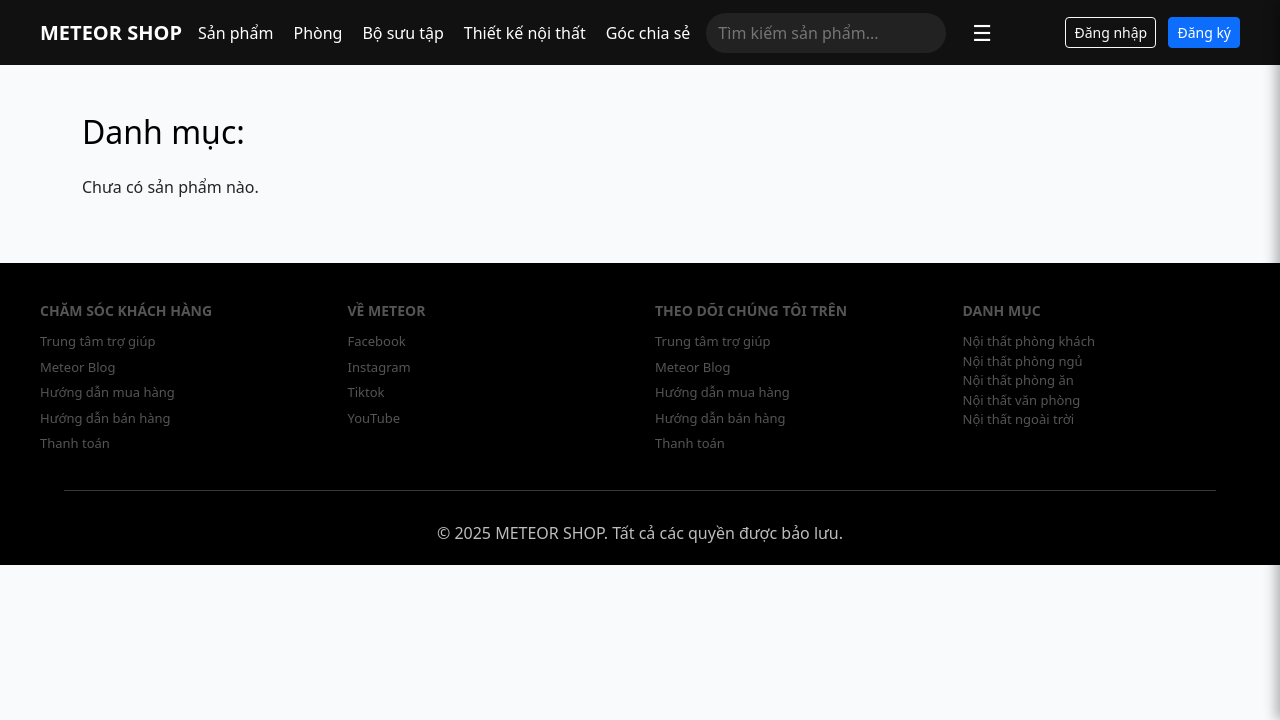
Repository: viethoa0411/Meteor-Shop
Page: resources/views/client/products/category.blade.php
An editor plug-in stored every save of this project. The page is shown before and after the next save, followed by the edit.
The browser window is 1280 px wide. The pictures show the whole page.
The page is served by the project's Laravel application, run on PHP 8.4 with Laravel 12. Other server files are loaded and not shown. The template is opened directly, without the code that normally fills it, so the values that code supplies are empty.

Above is the page before, as saved 2025-11-09 19:29:28.

### routes/web.php
<?php

use Illuminate\Support\Facades\Route;
use App\Http\Controllers\Auth\AuthController;
use App\Http\Controllers\Auth\RegisterController;
use App\Http\Controllers\Auth\ForgotPasswordController;
use App\Http\Controllers\Admin\CategoryController;
use App\Http\Controllers\Admin\ProductController;
use App\Http\Controllers\Admin\OrderController;
use App\Http\Controllers\Client\HomeController;
use App\Http\Controllers\Client\ProductPublicController;
// --- ĐÃ SỬA: Đổi thành ProductController mới ---
use App\Http\Controllers\Client\ProductController as ClientProductController;
use App\Http\Controllers\Admin\Account\AdminController;
use App\Http\Controllers\Admin\Account\UserController as AccountUserController;

// ============ AUTHENTICATION ROUTES ============
Route::get('/login', [AuthController::class, 'showLoginForm'])->name('login');
Route::post('/login', [AuthController::class, 'login']);
Route::post('/logout', [AuthController::class, 'logout'])->name('logout');

// Đăng ký tài khoản
Route::get('/register', [RegisterController::class, 'showRegistrationForm'])->name('register');
Route::post('/register', [RegisterController::class, 'register']);

// Quên mật khẩu (OTP Email)
Route::get('/forgot-password', [ForgotPasswordController::class, 'showForgotForm'])->name('password.request');
Route::post('/forgot-password', [ForgotPasswordController::class, 'sendOtp'])->name('password.email');
Route::get('/verify-otp', [ForgotPasswordController::class, 'showVerifyOtpForm'])->name('password.verify-otp');
Route::post('/verify-otp', [ForgotPasswordController::class, 'verifyOtp'])->name('password.verify-otp.post');
Route::get('/reset-password', [ForgotPasswordController::class, 'showResetForm'])->name('password.reset');
Route::post('/reset-password', [ForgotPasswordController::class, 'resetPassword'])->name('password.update');

// ============ CLIENT ROUTES ============
Route::get('/', [HomeController::class, 'index'])->name('client.home');
Route::get('/home', [HomeController::class, 'index']);
Route::get('/search', [ProductPublicController::class, 'search'])->name('client.product.search');
Route::get('/category/{slug}', [ClientProductController::class, 'productsByCategory'])->name('client.product.category');
Route::get('/products/{slug}', [ClientProductController::class, 'showDetail'])->name('client.product.detail');


// ============ ADMIN ROUTES ============
Route::middleware(['admin'])->prefix('/admin')->name('admin.')->group(function () {

    // ===== DASHBOARD =====
    Route::get('/', function () {
        return view('admin.dashboard');
    })->name('dashboard');

    // ====== CATEGORIES ======
    Route::prefix('categories')->name('categories.')->group(function () {
        Route::get('/', [CategoryController::class, 'list'])->name('list');
        Route::get('/create', [CategoryController::class, 'create'])->name('create');
        Route::post('/store', [CategoryController::class, 'store'])->name('store');
        Route::get('/edit/{id}', [CategoryController::class, 'edit'])->name('edit');
        Route::put('/update/{id}', [CategoryController::class, 'update'])->name('update');
        Route::delete('/delete/{id}', [CategoryController::class, 'destroy'])->name('destroy');
    });

    // ====== PRODUCTS ======
    Route::prefix('products')->name('products.')->group(function () {
        Route::get('/', [ProductController::class, 'list'])->name('list');
        Route::get('/create', [ProductController::class, 'create'])->name('create');
        Route::post('/store', [ProductController::class, 'store'])->name('store');
        Route::get('/edit/{id}', [ProductController::class, 'edit'])->name('edit');
        Route::put('/update/{id}', [ProductController::class, 'update'])->name('update');
        Route::get('/show/{id}', [ProductController::class, 'show'])->name('show');
        Route::delete('/delete/{id}', [ProductController::class, 'destroy'])->name('destroy');
    });
    // ====== ORDERS ======
    Route::prefix('orders')->name('orders.')->group(function () {
        Route::get('/', [OrderController::class, 'index'])->name('index');
        Route::get('/{id}', [OrderController::class, 'show'])->name('show');
        Route::put('/{id}/update-status', [OrderController::class, 'updateStatus'])->name('updateStatus');
    });

    // ====== ACCOUNT MANAGEMENT ======
    Route::prefix('account')->name('account.')->group(function () {

        // ----- ADMIN -----
        Route::prefix('admins')->name('admin.')->group(function () {
            Route::get('/', [AdminController::class, 'index'])->name('list');
            Route::get('/create', [AdminController::class, 'create'])->name('create');
            Route::post('/', [AdminController::class, 'store'])->name('store');
            Route::get('/trash', [AdminController::class, 'trash'])->name('trash');
            Route::get('/{id}/edit', [AdminController::class, 'edit'])->name('edit');
            Route::get('/{id}', [AdminController::class, 'show'])->name('show');
            Route::put('/{id}', [AdminController::class, 'update'])->name('update');
            Route::delete('/{id}', [AdminController::class, 'destroy'])->name('destroy');
            Route::post('/{id}/restore', [AdminController::class, 'restore'])->name('restore');
        });

        // ----- USER -----
        Route::prefix('users')->name('users.')->group(function () {
            Route::get('/', [AccountUserController::class, 'index'])->name('list');
            Route::get('/create', [AccountUserController::class, 'create'])->name('create');
            Route::post('/', [AccountUserController::class, 'store'])->name('store');
            Route::delete('/{id}', [AccountUserController::class, 'destroy'])->name('destroy');
            Route::get('/trash', [AccountUserController::class, 'trash'])->name('trash');
            Route::post('/{id}/restore', [AccountUserController::class, 'restore'])->name('restore');
            Route::get('/{id}/edit', [AccountUserController::class, 'edit'])->name('edit');
            Route::put('/{id}', [AccountUserController::class, 'update'])->name('update');
            Route::get('/{id}', [AccountUserController::class, 'show'])->name('show');
        });


    });
});

### resources/views/client/products/category.blade.php
@extends('client.layouts.app')
@section('content')


<div class="container py-5">
    <h2>Danh mục: {{ $category->name }}</h2>
    <div class="row mt-4">
        @forelse($products as $product)
{{-- <div class="product" style="padding-bottom: 50px; padding-left:20px; padding-right:20px"> --}}

            <div class="col-6 col-md-3 mb-4">
                <div class="product-card h-100">
                {{-- <div class="grid-products"> --}}

                     {{-- Giả sử đường dẫn ảnh lưu trong DB là 'uploads/sp1.jpg' --}}
                    {{-- <img src="{{ asset($product->image) }}" class="card-img-top" alt="{{ $product->name }}"
                         style="height: 200px; object-fit: cover;"> --}}
                       <img src="{{ $product->image ? asset('storage/'.$product->image) : 'https://via.placeholder.com/400x400?text=No+Image' }}"
                             alt="{{ $product->name }}">
                    <div class="card-body d-flex flex-column ">
                        <h5 class="card-title">{{ $product->name }}</h5>
                        <p class="text-danger fw-bold">{{ number_format($product->price, 0, ',', '.') }} đ</p>
                        <a href="{{ route('client.product.detail', ['slug' => $product->slug]) }}" class="btn btn-primary mt-auto">Xem chi tiết</a>
                    </div>
                </div>
            </div>
        @empty
            <p>Chưa có sản phẩm nào.</p>
        @endforelse
    </div>
    <div class="d-flex justify-content-center">
        {{ $products->links() }}
    </div>
</div>
@endsection

### resources/views/client/layouts/app.blade.php
<!DOCTYPE html>
<html lang="vi">
<head>
    <meta charset="UTF-8">
    <title>@yield('title', 'Meteor Shop')</title>
    <link href="https://cdn.jsdelivr.net/npm/bootstrap@5.3.2/dist/css/bootstrap.min.css" rel="stylesheet">
    <link href="https://cdn.jsdelivr.net/npm/bootstrap-icons@1.10.5/font/bootstrap-icons.css" rel="stylesheet">
    <link rel="stylesheet" href="https://cdnjs.cloudflare.com/ajax/libs/font-awesome/6.4.0/css/all.min.css">
    <meta name="viewport" content="width=device-width, initial-scale=1">
    {{-- <link rel="stylesheet" href="{{ asset('css/app.css') }}"> --}}
    <style>
        body {
            font-family: system-ui, -apple-system, BlinkMacSystemFont, 'Segoe UI', Roboto, Oxygen, Ubuntu, Cantarell, 'Open Sans', 'Helvetica Neue', sans-serif;
            background: #f9fafb;
            margin: 0;
        }

        header {
            max-width: 100%;
            padding: 24px;
            background: #111;
            margin: 0 auto;
            color: #fff;
            padding: 5px 10px;
        }

        /* Header chính */
        .header {
            bottom: #111;
            color: #fff;
            padding: 10px 0;
            position: relative;
        }

        .container-header {
            max-width: 1200px;
            margin: 0 auto;
            display: flex;
            align-items: center;
            justify-content: space-between;
            gap: 16px;
        }

        /* Logo */
        .logo a{
            color: #fff;
            text-decoration: none;
            font-size: 20px;
            font-weight: 600;
        }

        /* Menu ngang */
        .main-nav ul {
            list-style: none;
            display: flex;
            gap: 20px;
            margin: 0;
            padding: 0;
        }

        .main-nav a {
            color: #fff;
            text-decoration: none;
            font-style: 14px;
            font-weight: 500;
            transition: color 0.3s;
        }

        .main-nav a:hover {
            color: #ffb703;
        }

        /* Ô tìm kiếm */
        .search-box {
            display: flex;
            align-items: center;
            background: #222;
            border-radius: 20px;
            overflow: hidden;
            width: 20%;
        }

        .search-box input {
            float: 1;
            padding: 8px 12px;
            border: none;
            background: transparent;
            color: #fff;
        }

        .search-box button {
            background: none;
            border: none;
            color: #fff;
            padding: 8px 10px;
            cursor: pointer;
        }

        .search-box button:hover {
            color: #ffb703;
        }

        /* Icon ☰ nằm cùng dòng */
        .menu-toggle {
            font-size: 22px;
            cursor: pointer;
            padding: 6px 10px;
            transition: color 0.3s;
        }

        .menu-toggle:hover {
             color: #ffb703;
        }

        /* MENU DỌC */
        .vertical-menu {
            position: fixed;
            top: 0;
            right: -33%;
            width: 33%;
            height: 100vh;
            background: rgb(91, 101, 101);
            display: flex;
            flex-direction: column;
            padding: 20px;
            box-shadow: -4px 0 12px  rgba(0, 0, 0, 0.3);
            transition: right 0.3s ease;
            z-index: 1001;
        }

        .vertical-menu a {
            color: #fff;
            text-decoration: none;
            padding: 10px 0;
            font-weight: 500;
        }

        .vertical-menu.active {
            right: 0;
        }

        /* Lớp mờ nền */
        .overlay {
            position: fixed;
            top: 0;
            left: 0;
            width: 100%;
            height: 100vh;
            background: rgba(0, 0, 0, 0.3);
            display: none;
            z-index: 1000;
        }

        .overlay.active {
            display: block;
        }

        footer {
            max-width: 100%;
            padding: 24px;
            background-color: #111;
            margin: 0 auto;
            color: #fff;
            padding: 10px 15px;
        }

        a {
            text-decoration: none;
            color: inherit;
        }

        .product-card {
            background: #fff;
            border-radius: 8px;
            box-shadow: 0 4px 12px rgba(0,0,0,.05);
            padding: 16px;
            display: flex;
            flex-direction: column;
            overflow: hidden; /* giữ ảnh trong khung khi zoom */
            transition: transform 0.3s ease; /* mượt khi hover */
        }

        .product-card:hover {
            transform: translateY(-20px);  /* nâng nhẹ toàn thẻ */
            padding: 16px;
        }

        .product-card img {
            width: 100%;
            aspect-ratio: 1/1; /* giữ tỉ lệ vuông */
            object-fit: cover;
            border-radius: 6px;
            background: #eee;
            transition: transform 0.4s ease; /* hiệu ứng phóng to mượt */
            display: block;
            transform-origin: center center; /* phóng to từ tâm ảnh */
        }

        .product-name {
            font-size: 16px;
            font-weight: 600;
            color: #111;
            margin: 12px 0 4px;
            line-height: 1.4;
            display: -webkit-box;
            -webkit-line-clamp: 2 ; /* số dòng muốn hiển thị */
            -webkit-box-orient: vertical;
            overflow: hidden;
            text-overflow: ellipsis;
        }

        .product-name:hover {
            color: #09f;
            text-decoration: underline;
        }

        .product-price {
            color: #d41;
            font-weight: 600;
            font-size: 15px;
        }

        .grid-products {
            display: grid;
            grid-template-columns: repeat(auto-fill, minmax(calc(90%/4), 1fr));
            align-items: stretch;  /* đảm bảo các ô cao bằng nhau */
            gap: 24px;
        }

        .badge-new {
            font-size: 12px;
            font-weight: 500;
            background: #111;
            color: #fff;
            display: inline-block;
            padding: 2px 8px ;
            border-radius: 10px;
        }

        .related-wrap {
            display: grid;
            grid-template-columns:  repeat(auto-fill, minmax(180px, 1fr));
            gap: 20px;
        }

        .slide-wrapper  {
            position: relative;
            width: 100%;
            max-width: 100%;
            height: 600px;
            overflow: hidden;
            margin-bottom: 24px;
        }

        .slide {
            position: absolute;
            inset: 0;
            display:flex;
            flex-direction: column;
            align-items: center;
            justify-content: center;
            opacity: 0;
            transition: opacity .7s
        }

        .slide.active{
            opacity:  1;
        }

        .imageSlide {
            width: 100vw;
            height: 90vh;
            object-fit: cover;
            position: absolute;
            z-index: -1;
            filter: brightness(0.6)
        }

        h2 {
            color: #000;
            font-size: 2em;
            margin-bottom: 20px;
            z-index: 1
        }

        /* button {
            z-index: 1;
            padding: 10px 20px ;
            border: none;
            border-radius: 8px;
            background: #09f;
            color: #fff;
            cursor: pointer;
            font-style: 1em;
        } */

        .article-card:hover {
            transform: translateY(-10px);
            box-shadow: 0 8ox 20px rgba(0,0,0,0.15);
        }

        @media (max-width:776px) {
            .room{grid-template-columns: 1fr !important;
        }}

        @media (max-width:776px) {
            .grid-products{
                grid-template-columns: repeat(2, 1fr) !important;
                gap: 16px;
        }}
    </style>
    @stack('head')

</head>
<body>

    <header class="header">
        <div class="container-header">
            {{-- Logo --}}
            <div class="logo">
                <a href="{{ route('client.home') }}">METEOR SHOP</a>
            </div>

            {{-- Menu ngang --}}
            <nav class="main-nav">
                <ul>
                    <li><a href="#">Sản phẩm</a></li>
                    <li><a href="#">Phòng</a></li>
                    <li><a href="#">Bộ sưu tập</a></li>
                    <li><a href="#">Thiết kế nội thất</a></li>
                    <li><a href="#">Góc chia sẻ</a></li>
                </ul>
            </nav>
            <!-- Ô tìm kiếm -->
            {{-- <form action="{{ route('client.product.search') }}" method="GET" class="search-box"> --}}
            <form action="{{ route('client.product.search') }}" method="GET" class="search-box">
                <input type="text" name="query" placeholder="Tìm kiếm sản phẩm..." value="{{ $searchQuery ?? '' }}">
                <button type="submit">
                    <i class="fa fa-search"></i>
                </button>
            </form>


            <!-- Icon menu dọc -->
            <div class="menu-toggle">☰</div>
            <div class="ms-auto">
                 @auth
                    <div class="d-flex align-items-center gap-3">
                    <span class="text-white">Xin chào, {{ Auth::user()->name }}</span>
                    <form action="{{ route('logout') }}" method="POST" class="d-inline">
                        @csrf
                        <button class="btn btn-outline-light btn-sm" type="submit">Đăng xuất</button>
                    </form>
                    </div>
                @else
                    <a class="btn btn-outline-light btn-sm" href="{{ route('login') }}">Đăng nhập</a>
                    <a class="btn btn-primary btn-sm ms-2" href="{{ route('register') }}">Đăng ký</a>
                @endauth
            </div>
        </div>

        <!-- Menu dọc -->
        <div class="overlay"></div>
            @if (isset($cate) && $cate->count() > 0)
                <div class="vertical-menu">
                    @foreach ($cate as $c)
                        <a href="">{{ $c->name }}</a>
                        <a href="{{ route('client.product.category', $c->slug) }}">{{ $c->name }}</a>
                    @endforeach
                </div>
            @else
                <div class="vertical-menu">
                    <a href="#">Hiện chưa có danh mục</a>
                </div>
            @endif
    </header>

    <main>
        @yield('content')
    </main>

    <footer style="background: #000000; padding:40px 0 20px; font-size:13px; color:#555">
        <div style="max-width:1200px; margin:auto; display:flex; justify-content:space-between;flex-wrap:wrap; gap:30px">
            <!-- Cột 1 -->
            <div style="flex:1; min-width:180px">
                <h4 style="font-size: 14px; font-weight:600;margin-bottom:12px">CHĂM SÓC KHÁCH HÀNG</h4>
                <p style="margin: 6px 0">Trung tâm trợ giúp</p>
                <p style="margin: 6px 0">Meteor Blog</p>
                <p style="margin: 6px 0">Hướng dẫn mua hàng</p>
                <p style="margin: 6px 0">Hướng dẫn bán hàng</p>
                <p style="margin: 6px 0">Thanh toán</p>
            </div>

             <!-- Cột 2-->
            <div style="flex:1; min-width:180px">
                <h4 style="font-size: 14px; font-weight:600;margin-bottom:12px">VỀ METEOR</h4>
                <p style="margin: 6px 0">Facebook</p>
                <p style="margin: 6px 0">Instagram</p>
                <p style="margin: 6px 0">Tiktok</p>
                <p style="margin: 6px 0">YouTube</p>
            </div>

             <!-- Cột 3 -->
            <div style="flex:1; min-width:180px">
                <h4 style="font-size: 14px; font-weight:600;margin-bottom:12px">THEO DÕI CHÚNG TÔI TRÊN</h4>
                <p style="margin: 6px 0">Trung tâm trợ giúp</p>
                <p style="margin: 6px 0">Meteor Blog</p>
                <p style="margin: 6px 0">Hướng dẫn mua hàng</p>
                <p style="margin: 6px 0">Hướng dẫn bán hàng</p>
                <p style="margin: 6px 0">Thanh toán</p>
            </div>

             <!-- Cột 4 -->
            <div style="flex:1; min-width:180px">
                <h4 style="font-size: 14px; font-weight:600;margin-bottom:12px">DANH MỤC</h4>
                <a href="" style="margin: 6px 0">Nội thất phòng khách</a> <br>
                <a href="" style="margin: 6px 0">Nội thất phòng ngủ</a> <br>
                <a href="" style="margin: 6px 0">Nội thất phòng ăn</a> <br>
                <a href="" style="margin: 6px 0">Nội thất văn phòng</a> <br>
                <a href="" style="margin: 6px 0">Nội thất ngoài trời</a> <br>
            </div>
        </div>
        <hr style="margin:30px auto;width:90%;border:0;border-top:1px solid #ddd;">
        <div style="text-align: center; color:#bdbdbd; font-size: 16px">
            © 2025 METEOR SHOP. Tất cả các quyền được bảo lưu.
        </div>
    </footer>

    {{-- Script cho menu dọc --}}
    <script>
        document.addEventListener('DOMContentLoaded', function() {
            const menuToggle = document.querySelector('.menu-toggle');
            const verticalMenu = document.querySelector('.vertical-menu');
            const overlay = document.querySelector('.overlay');

            function closeMenu() {
                verticalMenu.classList.remove('active');
                overlay.classList.remove('active');
            }

            menuToggle.addEventListener('click', function(e) {
                e.stopPropagation();
                verticalMenu.classList.toggle('active');
                overlay.classList.toggle('active');
            });

            overlay.addEventListener('click', closeMenu);
            document.addEventListener('click', function(e) {
                if (!verticalMenu.contains(e.target) && !menuToggle.contains(e.target)) {
                    closeMenu();
                }
            });
        });
    </script>
</body>
</html>

Loaded but not shown: app/Providers/AppServiceProvider.php (common file)

After the next save:
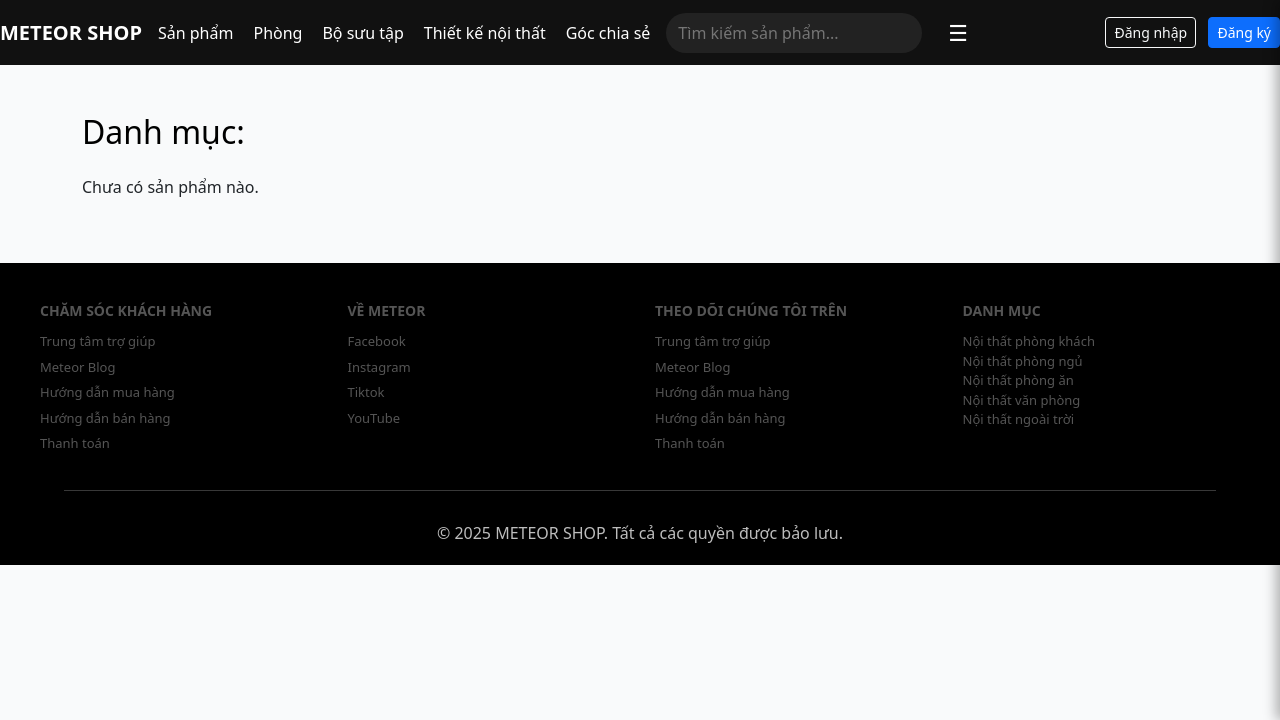
Saved 3 min 0 s later.
--- a/resources/views/client/layouts/app.blade.php
+++ b/resources/views/client/layouts/app.blade.php
@@ -33,7 +33,7 @@
         }
 
         .container-header {
-            max-width: 1200px;
+            max-width: 1300px;
             margin: 0 auto;
             display: flex;
             align-items: center;
